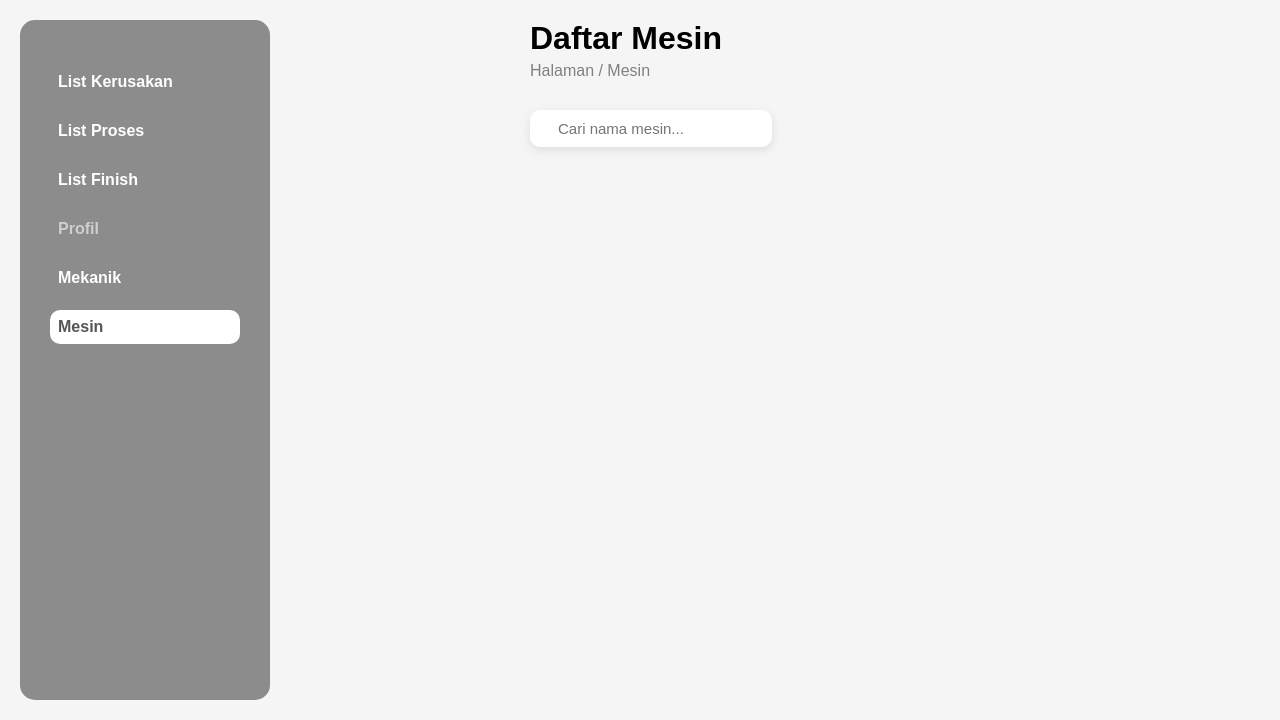
Repository: 1rHub/maintenance
Page: http://localhost/mesin.php
An editor plug-in stored every save of this project. The page is shown before and after the next save, followed by the edit.
The browser window is 1280 px wide. The pictures show the whole page.
The page is run by PHP 8.4 with error messages shown; the project is at /var/www/html/. Queries for data that is not in the repository find no rows.

Above is the page before, as saved 2025-10-19 04:02:32.

### mesin.php
<?php
include "koneksi.php";
include "sidebar.php";

// Ambil semua mesin
$result = mysqli_query($conn, "SELECT * FROM mesin ORDER BY nama_mesin ASC");
$mesin_list = mysqli_fetch_all($result, MYSQLI_ASSOC);
?>

<!DOCTYPE html>
<html lang="id">
<head>
    <meta charset="UTF-8">
    <title>Data Mesin</title>
    <link rel="stylesheet" href="assets/css/style.css">
    <style>
        /* Search bar */
        .search-box {
            width: 100%;
            max-width: 400px;
            margin-bottom: 15px;
            display: flex;
            align-items: center;
            background: white;
            border-radius: 10px;
            box-shadow: 0 3px 10px rgba(0,0,0,0.1);
            padding: 10px 15px;
        }

        .search-box input {
            flex: 1;
            border: none;
            outline: none;
            font-size: 15px;
            padding-left: 5px;
            background: transparent;
        }

        .search-box i {
            color: #39c6ed;
            font-size: 18px;
            margin-right: 8px;
        }

        /* Mesin cards */
        .mesin-list {
            display: grid;
            grid-template-columns: repeat(auto-fill, minmax(200px, 1fr));
            gap: 18px;
            margin-top: 15px;
        }

        .mesin-card {
            background: white;
            border-radius: 12px;
            padding: 18px;
            text-align: center;
            font-weight: 600;
            color: #333;
            box-shadow: 0 3px 10px rgba(0,0,0,0.1);
            cursor: pointer;
            transition: all 0.25s ease;
        }

        .mesin-card:hover {
            background: #39c6ed;
            color: white;
            transform: translateY(-4px);
            box-shadow: 0 5px 15px rgba(57,198,237,0.4);
        }

        /* Popup Riwayat */
        #popupRiwayatMesin .popup-content {
            width: 90%;
            max-width: 900px;
            max-height: 85vh;
            overflow-y: auto;
        }

        #popupRiwayatMesin table {
            width: 100%;
            border-collapse: collapse;
            margin-top: 15px;
        }

        #popupRiwayatMesin th, #popupRiwayatMesin td {
            border: 1px solid #ccc;
            padding: 8px;
            font-size: 13px;
            text-align: left;
        }

        #popupRiwayatMesin thead {
            background: #39c6ed;
            color: white;
        }

        #popupRiwayatMesin h2 {
            margin-bottom: 10px;
        }

        #popupRiwayatMesin p {
            text-align: center;
            font-size: 14px;
            color: #666;
            margin-top: 10px;
        }

        .breadcrumb {
            padding-bottom: 30px;
        }
    </style>
</head>
<body>
    <div class="mekanik-container">
        <h1>Daftar Mesin</h1>
        <p class="breadcrumb">Halaman / Mesin</p>

        <!-- 🔍 Search -->
        <div class="search-box">
            <i></i>
            <input type="text" id="searchMesin" placeholder="Cari nama mesin...">
        </div>

        <!-- 🧱 Daftar Mesin -->
        <div class="mesin-list" id="mesinList">
            <?php foreach ($mesin_list as $m): ?>
                <div class="mesin-card" onclick="openRiwayatMesin('<?= htmlspecialchars($m['nama_mesin']) ?>')">
                    <?= htmlspecialchars($m['nama_mesin']) ?>
                </div>
            <?php endforeach; ?>
        </div>
    </div>

    <!-- 📋 Popup Riwayat Mesin -->
    <div class="popup" id="popupRiwayatMesin">
        <div class="popup-content">
            <span class="close-btn" onclick="closeRiwayatMesin()">&times;</span>
            <h2 id="riwayatMesinTitle">Riwayat Mesin</h2>

            <table>
                <thead>
                    <tr>
                        <th>Tanggal</th>
                        <th>Pelapor</th>
                        <th>Divisi</th>
                        <th>Keterangan</th>
                        <th>Mekanik</th>
                        <th>Pesan Mekanik</th>
                        <th>Kategori</th>
                    </tr>
                </thead>
                <tbody id="riwayatMesinTable">
                    <tr><td colspan="7" style="text-align:center;">Pilih mesin untuk melihat riwayat.</td></tr>
                </tbody>
            </table>
        </div>
    </div>

    <script>
        // 🔍 Live search mesin
        document.getElementById('searchMesin').addEventListener('input', function() {
            const query = this.value.toLowerCase();
            const cards = document.querySelectorAll('.mesin-card');
            cards.forEach(card => {
                const nama = card.textContent.toLowerCase();
                card.style.display = nama.includes(query) ? 'block' : 'none';
            });
        });

        // 📋 Buka popup riwayat mesin
        function openRiwayatMesin(namaMesin) {
            const popup = document.getElementById('popupRiwayatMesin');
            const tbody = document.getElementById('riwayatMesinTable');
            document.getElementById('riwayatMesinTitle').textContent = `Riwayat Mesin: ${namaMesin}`;
            popup.style.display = 'flex';

            fetch(`riwayat_mesin.php?nama=${encodeURIComponent(namaMesin)}`)
                .then(res => res.json())
                .then(data => {
                    tbody.innerHTML = "";
                    if (data.length === 0) {
                        tbody.innerHTML = "<tr><td colspan='7' style='text-align:center;'>Belum ada riwayat perbaikan.</td></tr>";
                        return;
                    }
                    data.forEach(item => {
                        const tr = document.createElement("tr");
                        tr.innerHTML = `
                            <td>${item.tanggal}</td>
                            <td>${item.nama}</td>
                            <td>${item.divisi}</td>
                            <td>${item.pesan}</td>
                            <td>${item.nama_mekanik || '-'}</td>
                            <td>${item.pesan_mekanik || '-'}</td>
                            <td>${item.kategori}</td>
                        `;
                        tbody.appendChild(tr);
                    });
                })
                .catch(() => {
                    tbody.innerHTML = "<tr><td colspan='7' style='text-align:center;'>Gagal memuat data.</td></tr>";
                });
        }

        function closeRiwayatMesin() {
            document.getElementById('popupRiwayatMesin').style.display = 'none';
        }
    </script>
</body>
</html>

### koneksi.php
<?php
$host = "localhost";
$user = "root";
$pass = "";
$db   = "db_laporan";

$conn = new mysqli($host, $user, $pass, $db);

if ($conn->connect_error) {
    die("Koneksi gagal: " . $conn->connect_error);
}
?>

### sidebar.php
<?php

$current_page = basename($_SERVER['PHP_SELF']);
?>

<head>
    <link rel="stylesheet" href="assets/css/style.css">
</head>
<div class="sidebar">
    <ul class="menu">
        <li>
            <a href="dashboard_laporan.php" class="<?= $current_page == 'dashboard_laporan.php' ? 'active' : '' ?>">
                List Kerusakan
            </a>
        </li>
        <li>
            <a href="list_proses.php" class="<?= $current_page == 'list_proses.php' ? 'active' : '' ?>">
                List Proses
            </a>
        </li>
        <li>
            <a href="list_finish.php" class="<?= $current_page == 'list_finish.php' ? 'active' : '' ?>">
                List Finish
            </a>
        </li>
        <li>
            <a href="#" class="disabled">Profil</a>
        </li>
        <li>
            <a href="mekanik.php" class="<?= $current_page == 'mekanik.php' ? 'active' : '' ?>">
                Mekanik
            </a>
        </li>
        <li>
            <a href="mesin.php" class="<?= $current_page == 'mesin.php' ? 'active' : '' ?>">
                Mesin
            </a>
        </li>
    </ul>
    <?php if ($current_page == 'dashboard_laporan.php'): ?>
        <button class="register-btn" onclick="openPopup()">Registrasi Laporan</button>
    <?php endif; ?>
</div>

### assets/css/style.css
* {
	margin: 0;
	padding: 0;
	box-sizing: border-box;
}

body {
	font-family: -apple-system, BlinkMacSystemFont, 'Segoe UI', Roboto, Oxygen, Ubuntu, Cantarell, sans-serif;
	background-color: #f5f5f5;
	display: flex;
	height: 100vh;
}

.sidebar {
	width: 250px;
	background-color: #8c8c8c;
	padding: 30px;
	display: flex;
	flex-direction: column;
	justify-content: space-between;
	border-radius: 15px;
	margin: 20px;
}

.menu {
	list-style: none;
}

.menu li {
	margin: 15px 0;
}

.menu a {
	text-decoration: none;
	font-weight: bold;
	font-size: 16px;
	color: white;
	display: block;
	padding: 8px 8px;
	border-radius: 10px;
}

.menu a.active {
	background-color: white;
	color: #555;
}

.menu a.disabled {
	color: #cfcfcf;
	pointer-events: none;
}

.register-btn {
	background-color: white;
	border: none;
	padding: 10px;
	border-radius: 10px;
	font-weight: bold;
	cursor: pointer;
}

.main-content {
	flex: 1;
	padding: 40px;
}

.main-content h1 {
	font-size: 28px;
	font-weight: bold;
}

.main-content2 {
	margin-bottom: 38px;
}

.breadcrumb {
	margin-top: 5px;
	color: gray;
}

.popup {
  display: none;
  position: fixed;
  top: 0; left: 0;
  width: 100%;
  height: 100%;
  background: rgba(0,0,0,0.5);
  justify-content: center;
  align-items: center;
  z-index: 1000;
}

.popup-content {
  background: #fff;
  padding: 20px;
  border-radius: 12px;
  width: 400px;
  position: relative;
}

.close-btn {
    position: absolute;
    top: 10px;
    right: 15px;
    font-size: 20px;
    font-weight: bold;
    color: #555;
    cursor: pointer;
    z-index: 10000; /* pastikan di atas semua isi popup */
}

.close-btn:hover {
    color: #000;
}

.popup-content h2 {
	margin-bottom: 15px;
}

.popup-content label {
	display: block;
	margin-top: 10px;
	font-weight: bold;
}

.popup-content input,
.popup-content select,
.popup-content textarea {
	width: 100%;
	padding: 8px;
	margin-top: 5px;
	border-radius: 5px;
	border: 1px solid #ccc;
}

.popup-content button {
	margin-top: 15px;
	padding: 10px;
	border: none;
	border-radius: 8px;
	background: #8c8c8c;
	color: white;
	font-weight: bold;
	cursor: pointer;
}

.hapus-float-btn {
	position: fixed;
	bottom: 25px;
	right: 25px;
	background-color: #e74c3c;
	color: white;
	padding: 12px 18px;
	border: none;
	border-radius: 8px;
	cursor: pointer;
	font-size: 15px;
	box-shadow: 0 4px 12px rgba(0, 0, 0, 0.2);
	transition: all 0.25s ease;
	z-index: 1000;
}

.hapus-float-btn:hover {
	background-color: #c0392b;
	transform: scale(1.05);
}

table {
	font-size: 12px;
	margin-top: 20px;
	width: 100%;
	border-collapse: collapse;
}

table thead {
	background: #39c6ed;
}

table,
th,
td {
	border: 1px solid #ccc;
}

th,
td {
	padding: 10px;
	text-align: left;
}

.filter {
	display: flex;
	align-items: center;
	gap: 15px;
	margin-top: 20px;
	margin-bottom: 15px;
}

.filter label {
	font-weight: bold;
}

.filter input[type="date"],
.filter select {
	padding: 5px 10px;
	border: 1px solid #ccc;
	border-radius: 6px;
	cursor: pointer;
}

.filter button {
	background-color: #39c6ed;
	color: white;
	border: none;
	border-radius: 6px;
	padding: 6px 12px;
	cursor: pointer;
	transition: 0.2s;
}

.filter button:hover {
	background-color: #666;
}

.success {
	color: green;
	font-weight: bold;
	margin-top: 10px;
}

.warning {

	color: #ff0000;
	font-weight: bold;
	margin-top: 10px;
}

.kategori {
	font-weight: bold;
	padding: 6px;
	border-radius: 6px;
	color: #fff;
	text-align: center;
}

.kategori.biasa {
	display: list-item;
	margin-top: 3px;
	color: #29b513;

}

.kategori.sedang {
	display: list-item;
	margin-top: 3px;
	color: #efae15;
}

.kategori.urgent {
	display: list-item;
	margin-top: 3px;
	color: #e74c3c;
}

#laporanTable a {
	color: inherit;
	text-decoration: none;
	cursor: pointer;
}

.popup {
	display: none;
	position: fixed;
	z-index: 999;
	left: 0;
	top: 0;
	width: 100%;
	height: 100%;
	background-color: rgba(0, 0, 0, 0.4);
	justify-content: center;
	align-items: center;
}

.popup-content {
	background: #fff;
	padding: 25px;
	border-radius: 10px;
	box-shadow: 0 8px 20px rgba(0, 0, 0, 0.2);
	animation: fadeIn 0.2s ease-in-out;
}

.close-btn {
	float: right;
	cursor: pointer;
	font-size: 22px;
	color: #888;
}

.close-btn:hover {
	color: #333;
}

@keyframes fadeIn {
	from {
		opacity: 0;
		transform: scale(0.9);
	}

	to {
		opacity: 1;
		transform: scale(1);
	}
}

a {
	color: inherit;
	text-decoration: none;
}

a:hover {
	text-decoration: underline;
}

.mekanik-list {
	display: flex;
	flex-direction: column;
	gap: 8px;
	margin-top: 10px;
}

.mekanik-item {
	display: flex;
	align-items: center;
	gap: 10px;
}

.mekanik-item label {
	font-weight: 400;
	color: #000000;
	cursor: pointer;
}

.mekanik-item input[type="checkbox"] {
	width: 18px;
	height: 18px;
	accent-color: #555;
	cursor: pointer;
}

.header-container {
	display: flex;
	justify-content: space-between;
	align-items: center;
}

.menu-opsi {
	position: relative;
	display: inline-block;
}

.menu-btn {
	background: none;
	border: none;
	font-size: 22px;
	cursor: pointer;
	padding: 5px;
	color: #333;
}

.dropdown-menu {
	display: none;
	position: absolute;
	right: 0;
	top: 30px;
	background-color: white;
	border: 1px solid #ddd;
	border-radius: 6px;
	box-shadow: 0 5px 15px rgba(0, 0, 0, 0.1);
	z-index: 100;
	width: 180px;
}

.dropdown-menu button {
	width: 100%;
	border: none;
	background: none;
	padding: 10px;
	text-align: left;
	cursor: pointer;
	font-size: 14px;
}

.dropdown-menu button:hover {
	background-color: #f0f0f0;
}

.status.ditunda {
	font-style: italic;
}

.temp-alert {
	position: fixed;
	top: 80px;
	right: 30px;
	background-color: 1;
	color: #2c3e50;
	padding: 12px 20px;
	border-radius: 6px;
	box-shadow: 0 4px 10px rgba(0, 0, 0, 0.15);
	font-size: 14px;
	z-index: 2000;
	opacity: 1;
	transition: opacity 0.5s ease;
}

/* Warna untuk jenis alert berbeda */
.temp-alert.warning {
	color: rgb(255, 196, 0);
}

.temp-alert.success {
	background-color: #27ae60;
	color: white;
}

.temp-alert.error {
	background-color: #e74c3c;
	color: white;
}

.temp-alert.info {
	background-color: #3498db;
	color: white;
}

.laporan-header {
	text-align: center;
	margin-bottom: 20px;
}

.laporan-header img {
	width: 250px;
	height: auto;
	margin-bottom: 10px;
}

.laporan-header h2 {
	margin: 0;
	font-size: 15px;
	color: #333;
}

.filter {
	margin-bottom: 15px;
}

/* Sembunyikan elemen ini saat mencetak */
@media print {

	.filter,
	.menu-opsi,
	.sidebar {
		display: none !important;
	}

	.main-content {
		margin-left: 0;
	}
}

#noData {
	display: none;
	text-align: center;
	color: #000000ff;
	font-size: 12px;
	margin-top: 30px;
}

body { font-family: Arial, sans-serif; }
        .mekanik-container { margin-left: 220px; padding: 20px; }
        .mekanik-list {
            display: grid;
            grid-template-columns: repeat(auto-fill, minmax(220px, 1fr));
            gap: 16px;
            margin-top: 20px;
        }
        .mekanik-card {
            background: white;
            border-radius: 10px;
            box-shadow: 0 5px 15px rgba(0,0,0,0.1);
            padding: 16px;
            text-align: center;
            transition: 0.3s;
            cursor: pointer;
        }
        .mekanik-card:hover {
            background: #39c6ed;
            color: white;
            transform: translateY(-3px);
        }
        .editable {
            border: none;
            background: transparent;
            text-align: center;
            width: 100%;
            font-size: 16px;
            font-weight: 500;
            outline: none;
            cursor: pointer;
        }
        .float-btn {
            position: fixed;
            bottom: 25px;
            right: 25px;
            background: #39c6ed;
            color: white;
            border: none;
            border-radius: 50%;
            width: 55px;
            height: 55px;
            font-size: 28px;
            cursor: pointer;
            box-shadow: 0 5px 15px rgba(0,0,0,0.3);
        }
        .popup {
            display: none;
            position: fixed;
            top: 0; left: 0;
            width: 100%; height: 100%;
            background-color: rgba(0,0,0,0.4);
            justify-content: center;
            align-items: center;
            z-index: 999;
        }
        .popup-content {
            background: white;
            padding: 20px;
            border-radius: 10px;
            width: 600px;
            max-height: 80vh;
            overflow-y: auto;
            animation: fadeIn 0.3s ease;
        }
        @keyframes fadeIn {
            from { opacity: 0; transform: translateY(-10px); }
            to { opacity: 1; transform: translateY(0); }
        }
        .popup-content table {
            width: 100%;
            border-collapse: collapse;
        }
        .popup-content th, .popup-content td {
            border: 1px solid #ccc;
            padding: 8px;
            text-align: center;
        }
        .btn-row {
            margin-top: 20px;
            display: flex;
            justify-content: flex-end;
            gap: 10px;
        }
        .hapus-btn {
            background: #e74c3c !important;
            border: none;
            color: white;
            padding: 8px 16px;
            border-radius: 6px;
            cursor: pointer;
            font-size: 15px;
        }
        .edit-btn {
            background: #39c6ed !important;
            border: none;
            color: white;
            padding: 8px 16px;
            border-radius: 6px;
            cursor: pointer;
            font-size: 15px;
        }
        .close-btn { float: right; cursor: pointer; font-size: 20px; }
        #editNamaInput {
            display: none;
            width: 80%;
            padding: 6px;
            margin-top: 8px;
            border-radius: 5px;
            border: 1px solid #ccc;
            text-align: center;
        }

After the next save:
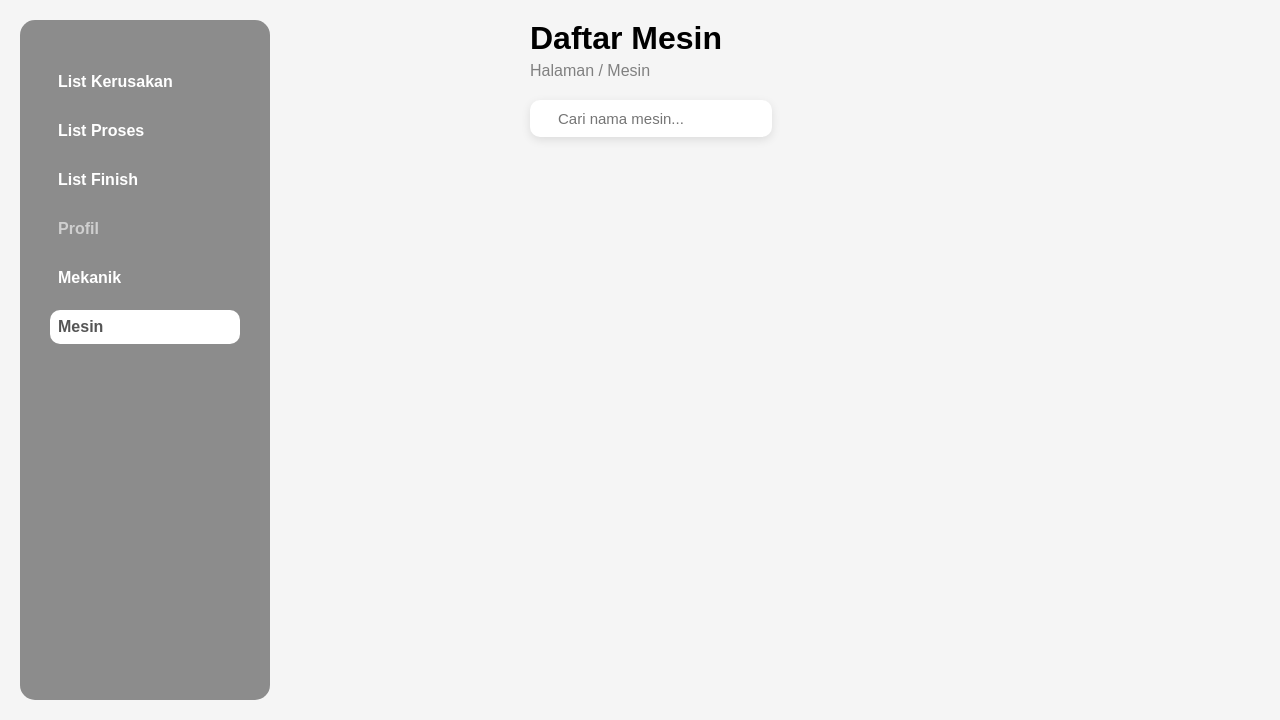
Saved 6 s later.
--- a/mesin.php
+++ b/mesin.php
@@ -107,7 +107,7 @@ $mesin_list = mysqli_fetch_all($result, MYSQLI_ASSOC);
         }
 
         .breadcrumb {
-            padding-bottom: 30px;
+            padding-bottom: 20px;
         }
     </style>
 </head>
